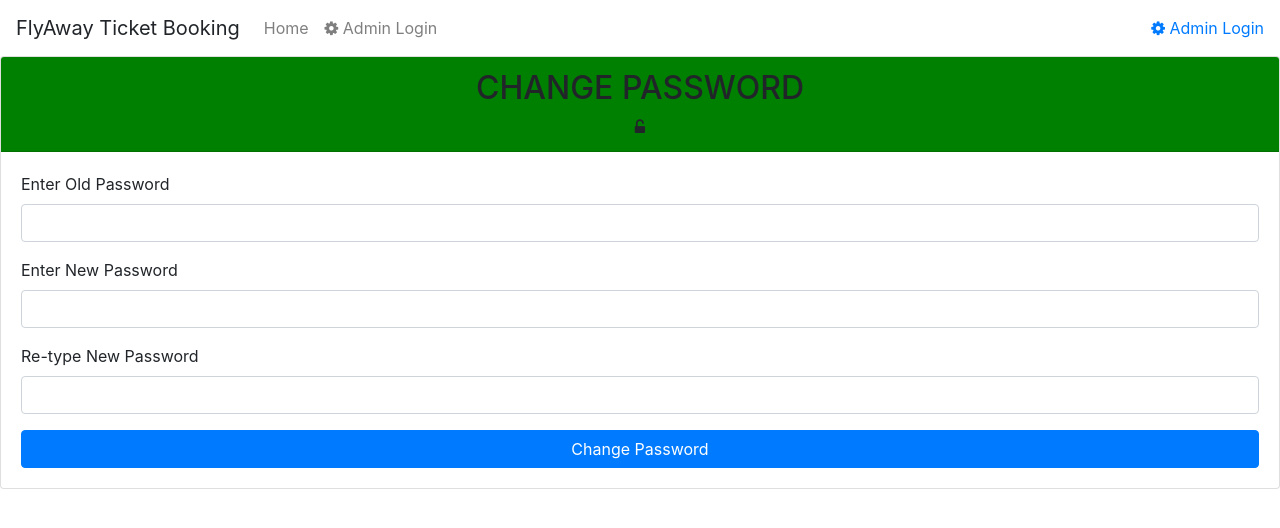
Repository: sayrabano/Phase2-project
Page: http://localhost/FlyAway/Changepassword.jsp
An editor plug-in stored every save of this project. The page is shown before and after a run of saves, followed by the edit.
The browser window is 1280 px wide. The pictures show the whole page.
The page is served by Tomcat 9. Other server files are loaded and not shown.

Above is the page before, as saved 2021-09-24 19:12:34.

### FlyAway/src/main/webapp/Changepassword.jsp
<%@ page language="java" contentType="text/html; charset=ISO-8859-1"
	pageEncoding="ISO-8859-1"%>
	<%@page import="com.flyaway.LogIn"%>
<!DOCTYPE html>


<html>
<head>
<meta charset="ISO-8859-1">
<title>Insert title here</title>
<link rel="stylesheet"
	href="https://cdnjs.cloudflare.com/ajax/libs/font-awesome/4.7.0/css/font-awesome.min.css">
<!-- Required meta tags -->
<meta charset="utf-8">
<meta name="viewport"
	content="width=device-width, initial-scale=1, shrink-to-fit=no">

<!-- Bootstrap CSS -->
<link rel="stylesheet"
	href="https://maxcdn.bootstrapcdn.com/bootstrap/4.0.0/css/bootstrap.min.css"
	integrity="sha384-Gn5384xqQ1aoWXA+058RXPxPg6fy4IWvTNh0E263XmFcJlSAwiGgFAW/dAiS6JXm"
	crossorigin="anonymous">
<link rel="stylesheet"
	href="https://cdnjs.cloudflare.com/ajax/libs/font-awesome/4.7.0/css/font-awesome.min.css">
<style>
#head{
	background-color:green;
}
</style>

</head>
<body>

	<nav class="navbar navbar-expand-lg navbar-light bg-custom" id="navbar">





		<a class="navbar-brand" id="tag">FlyAway Ticket Booking</a>


		<div class="collapse navbar-collapse" id="navbarSupportedContent">
			<ul class="navbar-nav mr-auto">

				<li class="nav-item"><a class="nav-link" href="Home.jsp">
						Home </a></li>
				<li class="nav-item"><a href="Login.jsp" class="nav-link"><i
						class="fa fa-gear"></i> Admin Login</a></li>




			</ul>
			<div id="gear">
				<a href="Login.jsp" class="link"><i class="fa fa-gear"></i>
					Admin Login</a>
			</div>



		</div>

	</nav>



	<div class="contain">
		<div class="raw -">
			<div class="col-md-4-oofset-md-4">
				<div class="card">
					<div class="card-header text-center c-head" id="head">

						<h2>CHANGE PASSWORD</h2>
						<i class="fa fa-unlock-alt" aria-hidden="true"></i>
					</div>
					<div class="card-body">
						<form action="Changepassword" method="post">
						<div class="form-group">
								<label for="oldpass">Enter Old Password</label> <input

									type="text"  name="oldpass" class="form-control" id="oldpass"
									aria-describedby="passwordHelp">


							</div>

							<div class="form-group">
								<label for="newpass">Enter New Password</label> <input
									type="text"  name="npass" class="form-control" id="newpass"
									aria-describedby="passwordHelp">

							</div>
							<div class="form-group">
								<label for="rpass">Re-type New Password</label> <input
									type="text"  name="pass" class="form-control" id="newpass"
									aria-describedby="passwordHelp">

							</div>

							<button type="submit" class="btn btn-primary btn-block badge--pill">Change Password</button>
						</form>

					</div>
				</div>



			</div>



		</div>


	</div>





</body>

</html>

After the next 2 saves:
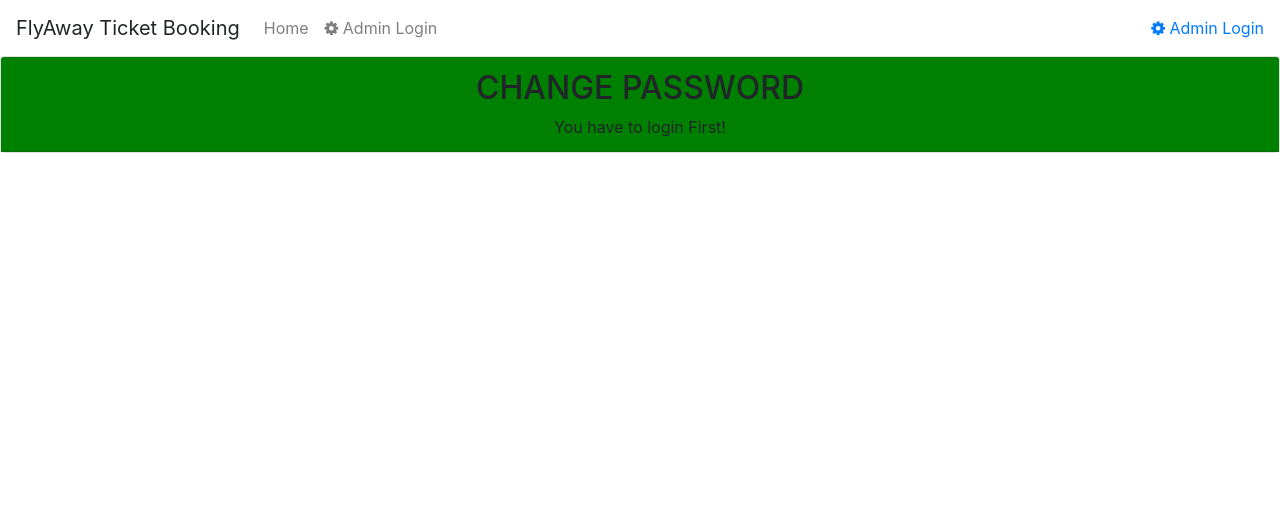
The 2 saves are shown as one change because 1 did not build or start.
The last was saved 2 min 24 s later.
--- a/FlyAway/src/main/webapp/Changepassword.jsp
+++ b/FlyAway/src/main/webapp/Changepassword.jsp
@@ -72,6 +72,7 @@
 					<div class="card-header text-center c-head" id="head">
 
 						<h2>CHANGE PASSWORD</h2>
+						<%if (LogIn.isLoggedin){ %>
 						<i class="fa fa-unlock-alt" aria-hidden="true"></i>
 					</div>
 					<div class="card-body">
@@ -100,7 +101,12 @@
 
 							<button type="submit" class="btn btn-primary btn-block badge--pill">Change Password</button>
 						</form>
-
+						<%
+						}
+						else{
+							out.println("You have to login First!");
+						}
+						%>
 					</div>
 				</div>
 
